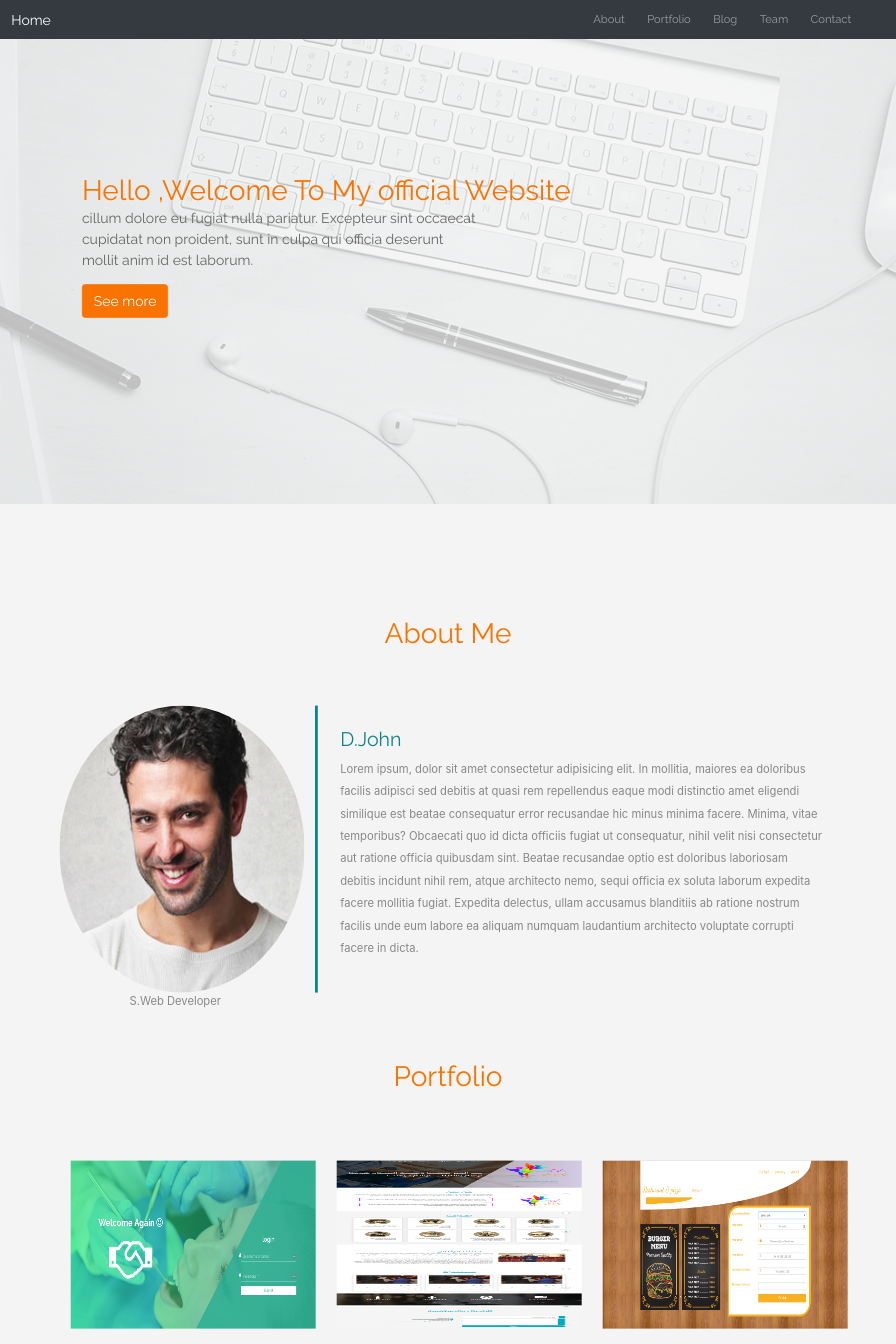
Repository: adrian9211/Bootstrap_website_Ruth
Page: index.html
These files come from the project's save history. The page is drawn as it stood at one moment and after a run of saves; the edit follows.
The browser window is 1280 px wide. The pictures show the part of the page from y = 0 to 1920 px (the page is 4159 px tall), at 70% of full size.
Some web libraries are served in a nearby version.

Above is the page before, as saved 2020-11-25 12:29:40.

### index.html
<!DOCTYPE html>
<html lang="en">
<head>
    <meta charset="UTF-8">
    <meta name="viewport" content="width=device-width, initial-scale=1.0">
    <title>Bootstrap 4 page</title>

    <link rel="stylesheet" href="css/bootstrap.min.css">
    <link rel="stylesheet" href="css/main.css">
</head>
<body>
    <!-- Navbar start -->
    <nav class="navbar navbar-expand-lg navbar-dark bg-dark fixed-top">
        <a class="navbar-brand" href="#">Home</a>
        <button class="navbar-toggler" type="button" data-toggle="collapse" data-target="#navbarSupportedContent" aria-controls="navbarSupportedContent" aria-expanded="false" aria-label="Toggle navigation">
          <span class="navbar-toggler-icon"></span>
        </button>

        <div class="collapse navbar-collapse" id="navbarSupportedContent">
            <ul class="navbar-nav mr-4">
              <li class="nav-item">
                <a class="nav-link"  data-value="about" href="#">About</a>
              </li>
              <li class="nav-item">
                <a class="nav-link" data-value="portfolio" href="#">Portfolio</a>
              </li>
              <li class="nav-item">
                <a class="nav-link" data-value="blog" href="#">Blog</a>
              </li>
              <li class="nav-item">
                <a class="nav-link" data-value="team" href="#">Team</a>
              </li>
              <li class="nav-item">
                <a class="nav-link" data-value="contact" href="#">Contact</a>
              </li>
          </div>
    </nav>
    <!-- Navbar end -->
    <!-- Header section START -->
    <header class="header">
      <div class="overlay"></div>
       <div class="container">
           <div class="description ">
        <h1>
          Hello ,Welcome To My official Website
          <p>
          cillum dolore eu fugiat nulla pariatur. Excepteur sint occaecat cupidatat non
          proident, sunt in culpa qui officia deserunt mollit anim id est laborum.</p>
          <button class="btn btn-outline-secondary btn-lg">See more</button>
        </h1>
      </div>
       </div>

    </header>
    <!-- Header section END -->

    <!-- About section START -->

    <div class="about" id="about">
      <div class="container">
        <h1 class="text-center">About Me</h1>
          <div class="row">
            <div class="col-lg-4 col-md-4 col-sm-12">
              <img src="images/team-3.jpg"  class="img-fluid" alt="photo">
              <span class="text-justify">S.Web Developer</span>
            </div>
            <div class="col-lg-8 col-md-8 col-sm-12 desc">
              <h3>D.John</h3>
              <p>Lorem ipsum, dolor sit amet consectetur adipisicing elit. In mollitia, maiores ea doloribus facilis adipisci sed debitis at quasi rem repellendus eaque modi distinctio amet eligendi similique est beatae consequatur error recusandae hic minus minima facere. Minima, vitae temporibus? Obcaecati quo id dicta officiis fugiat ut consequatur, nihil velit nisi consectetur aut ratione officia quibusdam sint. Beatae recusandae optio est doloribus laboriosam debitis incidunt nihil rem, atque architecto nemo, sequi officia ex soluta laborum expedita facere mollitia fugiat. Expedita delectus, ullam accusamus blanditiis ab ratione nostrum facilis unde eum labore ea aliquam numquam laudantium architecto voluptate corrupti facere in dicta.</p>
            </div>
          </div>
      </div>
    </div>

    <!-- About section END -->

    <!-- Portfolio part START -->
    <div class="portfolio" id="portfolio">
      <h1 class="text-center">Portfolio</h1>
      <div class="container">
        <div class="row">
          <div class="col-lg-4 col-md-4 col-sm-12">
            <img src="images/portfolio/port13.png" alt="port3" class="img-fluid">
        </div>
          <div class="col-lg-4 col-md-4 col-sm-12">
            <img src="images/portfolio/port1.png" alt="port1" class="img-fluid">
        </div>
          <div class="col-lg-4 col-md-4 col-sm-12">
            <img src="images/portfolio/port6.png" alt="port6" class="img-fluid">
        </div>
          <div class="col-lg-4 col-md-4 col-sm-12">
            <img src="images/portfolio/port3.png" alt="port3" class="img-fluid">
        </div>
          <div class="col-lg-4 col-md-4 col-sm-12">
            <img src="images/portfolio/port11.png" alt="port11" class="img-fluid">
        </div>
          <div class="col-lg-4 col-md-4 col-sm-12">
            <img src="images/portfolio/electric.png" alt="electric" class="img-fluid">
        </div>
          <div class="col-lg-4 col-md-4 col-sm-12">
            <img src="images/portfolio/Classic.jpg" alt="classic" class="img-fluid">
        </div>
          <div class="col-lg-4 col-md-4 col-sm-12">
            <img src="images/portfolio/port1.png" alt="port1" class="img-fluid">
        </div>
          <div class="col-lg-4 col-md-4 col-sm-12">
            <img src="images/portfolio/port8.png" alt="port8" class="img-fluid">
        </div>
      </div>
    </div>
    </div>

    <!-- Portfolio part END -->

    <!-- Posts section START -->
    <div class="blog" id="blog">
      <div class="container">
        <h1 class="text-center">Blog</h1>
        <div class="row">
          <div class="col-lg-4 col-md-4 col-sm-12" >
            <div class="card">
              <div class="card-img">
                <img src="images/posts/polit.jpg" alt="polit" class="img-fluid">
              </div>
              <div class="card-body">
                <h4 class="card-title">Post Title</h4>
                <p class="card-text">
                  Lorem ipsum dolor sit amet consectetur adipisicing elit. Fuga, at, mollitia et labore est quo ratione suscipit iste consequatur quos quidem nulla asperiores eveniet repellat odit. Reprehenderit enim vitae ratione ab veniam, temporibus sapiente quasi tenetur voluptatem repellat ea ipsam rerum consectetur unde quia exercitationem tempore debitis laborum qui dolores!
                </p>
              </div>
              <div class="card-footer">
                <a href="" class="card-link"> Read more</a>
              </div>
            </div>
          </div>
          <div class="col-lg-4 col-md-4 col-sm-12">
            <div class="card">
              <div class="card-img">
                <img src="images/posts/images.jpg" alt="images" class="img-fluid">
              </div>
              <div class="card-body">
                <h4 class="card-title">Post Title</h4>
                <p class="card-text">
                  Lorem ipsum dolor sit amet consectetur adipisicing elit. Ex earum ad, labore aperiam magnam maiores quaerat, sapiente a aut mollitia veritatis molestiae reprehenderit pariatur eum cum minima? Nulla, quia. Libero laborum ullam unde beatae error vero iure soluta, itaque sint debitis sequi! Provident, quam facilis vero animi eaque illum dignissimos.
                </p>
              </div>
              <div class="card-footer">
                <a href="" class="card-link">Read more</a>
              </div>
            </div>
          </div>
          <div class="col-lg-4 col-md-4 col-sm-12">
            <div class="card">
              <div class="card-img">
                <img src="images/posts/imag2.jpg" alt="images" class="img-fluid">
              </div>
              <div class="card-body">
                <h4 class="card-title">Post Title</h4>
                <p class="card-text">
                  Lorem ipsum dolor sit amet consectetur adipisicing elit. Ex earum ad, labore aperiam magnam maiores quaerat, sapiente a aut mollitia veritatis molestiae reprehenderit pariatur eum cum minima? Nulla, quia. Libero laborum ullam unde beatae error vero iure soluta, itaque sint debitis sequi! Provident, quam facilis vero animi eaque illum dignissimos.
                </p>
              </div>
              <div class="card-footer">
                <a href="" class="card-link">Read more</a>
              </div>
            </div>
          </div>
        </div>
      </div>
    </div>
    <!-- Posts section END -->

    <!-- Team Section START -->
    <div class="team" id="team">
      <div class="container">
      <h1 class="text-center">Our Team</h1>
        <div class="row">
          <div class="col-lg-3 col-md-3 col-sm-12 item">
            <img src="images/team-2.jpg" alt="team-2" class="img-fluid">
            <div class="des">
              Sara
            </div>
            <span class="text-muted">Manager</span>
          </div>
          <div class="col-lg-3 col-md-3 col-sm-12 item">
            <img src="images/team-3.jpg" alt="team-2" class="img-fluid">
            <div class="des">
              Chris
            </div>
            <span class="text-muted">S.enginnern</span>
          </div>
          <div class="col-lg-3 col-md-3 col-sm-12 item">
            <img src="images/team-2.jpg" alt="team-2" class="img-fluid">
            <div class="des">
              Layla
            </div>
            <span class="text-muted">Front End Developer</span>
          </div>
          <div class="col-lg-3 col-md-3 col-sm-12 item">
            <img src="images/team-3.jpg" alt="team-2" class="img-fluid">
            <div class="des">
              J.Jirard
            </div>
            <span class="text-muted">Team Manager</span>
          </div>
        </div>
      </div>
    </div>
    <!-- Team Section END -->

    <!-- Contact section START -->

    <div class="contact-form" id="contact">
      <div class="container">
        <form>
          <div class="row">
            <div class="col-lg-4 col-md-4 col-sm-12" >
              <h1>Get in Touch</h1>
            </div>
            <div class="col-lg-4 col-md-4 col-sm-12 right">
              <div class="form-group">
                <input type="text" class="form-control form-control-lg" placeholder="Your Name" name="name">
              </div>
              <div class="form-group">
                <input type="text" class="form-control form-control-lg" placeholder="YourEmail@email.com" name="email">
              </div>
              <div class="form-group">
                <textarea class="form-control form-control-lg">

                </textarea>
              </div>
              <input type="submit" class="btn btn-secondary btn-block" value="Send" name="">
            </div>
          </div>
        </form>
      </div>
    </div>

    <!-- Contact section END-->

    <!-- JS files section -->
    <script src="https://cdnjs.cloudflare.com/ajax/libs/popper.js/1.12.9/umd/popper.min.js" integrity="sha384-ApNbgh9B+Y1QKtv3Rn7W3mgPxhU9K/ScQsAP7hUibX39j7fakFPskvXusvfa0b4Q" crossorigin="anonymous"></script>
    <script type="text/javascript" src="js/jquery.min.js"></script>
    <script type="text/javascript" src="js/bootstrap.min.js"></script>
    <script type="text/javascript" src="js/main.js"></script>
</body>
</html>

### css/main.css
@import url('https://fonts.googleapis.com/css?family=Raleway');

body{
	padding: 0;
	margin: 0;
	background:#f4f4f4;
}
html,h1,h2,h3,h4,h5,h6,a{
	font-family: "Raleway";
}
.navbar{
	background:#F97300;
}
.nav-link , .navbar-brand{
	color: #f4f4f4;
	cursor: pointer;
}
.nav-link{
	margin-right: 1em !important;
}
.nav-link:hover{
	background: #f4f4f4;
	color: #f97300;
}
.navbar-collapse{
 justify-content: flex-end;
}
.navbar-toggler{
  background:#fff !important;

}

/*header style*/
.header{
	/* height: 40vh; */
	position: relative;
	background-image: url('../images/headerback.jpg');
	background-size: cover;
	background-position: center;
}
.overlay{
	position: absolute;
	min-height: 100%;
	min-width: 100%;
	left: 0;
	top: 0;
	background: rgba(244, 244, 244, 0.79);
}
.description{
    position: absolute;
    top: 30%;
    margin: auto;
    padding: 2em;

}
.description h1{
	color:#F97300 ;
}
.description p{
	color:#666;
	font-size: 20px;
	width: 50%;
	line-height: 1.5;
}
.description button{
	border:1px  solid #F97300;
	background:#F97300;
	color:#fff;
}
.about{
	margin: 4em 0;
	padding: 1em;
	position: relative;
}
.about h1{
	color:#F97300;
	margin: 2em;
}
.about img{
	height: 100%;
    width: 100%;
    border-radius: 50%
}
.about span{
	display: block;
	color: #888;
	position: absolute;
	left: 115px;
}
.about .desc{
	padding: 2em;
	border-left:4px solid #10828C;
}
.about .desc h3{
	color: #10828C;
}
.about .desc p{
	line-height:2;
	color:#888;
}


/*Portfolio*/
.portfolio{
	margin: 4em 0;
    position: relative;
}
.portfolio h1{
	color:#F97300;
	margin: 2em;
}
.portfolio img{
	 height: 15rem;
	 width: 100%;
	 margin: 1em;
}

/*blog style*/
.blog{
	margin: 4em 0;
	position: relative;
}
.blog h1{
	color:#F97300;
	margin: 2em;
}
.blog .card{
	box-shadow: 0 0 20px #ccc;
}
.blog .card img{
	width: 100%;
	height: 12em;
}
@media and (max-width: 768px){
 .team .item img{
 	width: 100%;
 }
}
.blog .card-title{
	color:#F97300;
}

.blog .card-body{
	padding: 1em;
}
.team{
	margin: 4em 0;
	position: relative;

}
.team h1{
	color:#F97300;
	margin: 2em;
}
.team .item{
	position: relative;
	overflow: hidden;
}
.team .des{
	background: #F97300;
	color: #fff;
	text-align: center;
	border-top-right-radius: 93%;
	transition:.3s ease-in-out;
	position: absolute;
	width: 88%;
	bottom: 24px;


}
.team .item:hover .des{
	height: 100%;
	background:#f973007d;
    position: absolute;
	width: 89%;
	padding: 5em;
	top: 0;
	border-top-right-radius: 0;
}
.contact-form{
	margin: 6em 0;
	position: relative;
}

.contact-form h1{
	padding:2em 1px;
	color: #F97300;
}
.contact-form .right{
	max-width: 600px;
}
.contact-form .right .btn-secondary{
	background:  #F97300;
	color: #fff;
	border:0;
}
.contact-form .right .form-control::placeholder{
	color: #888;
	font-size: 16px;
}

Loaded but not shown: css/bootstrap.min.css (library); js/jquery.min.js (library); js/bootstrap.min.js (library); js/main.js (common file)

After the next 2 saves:
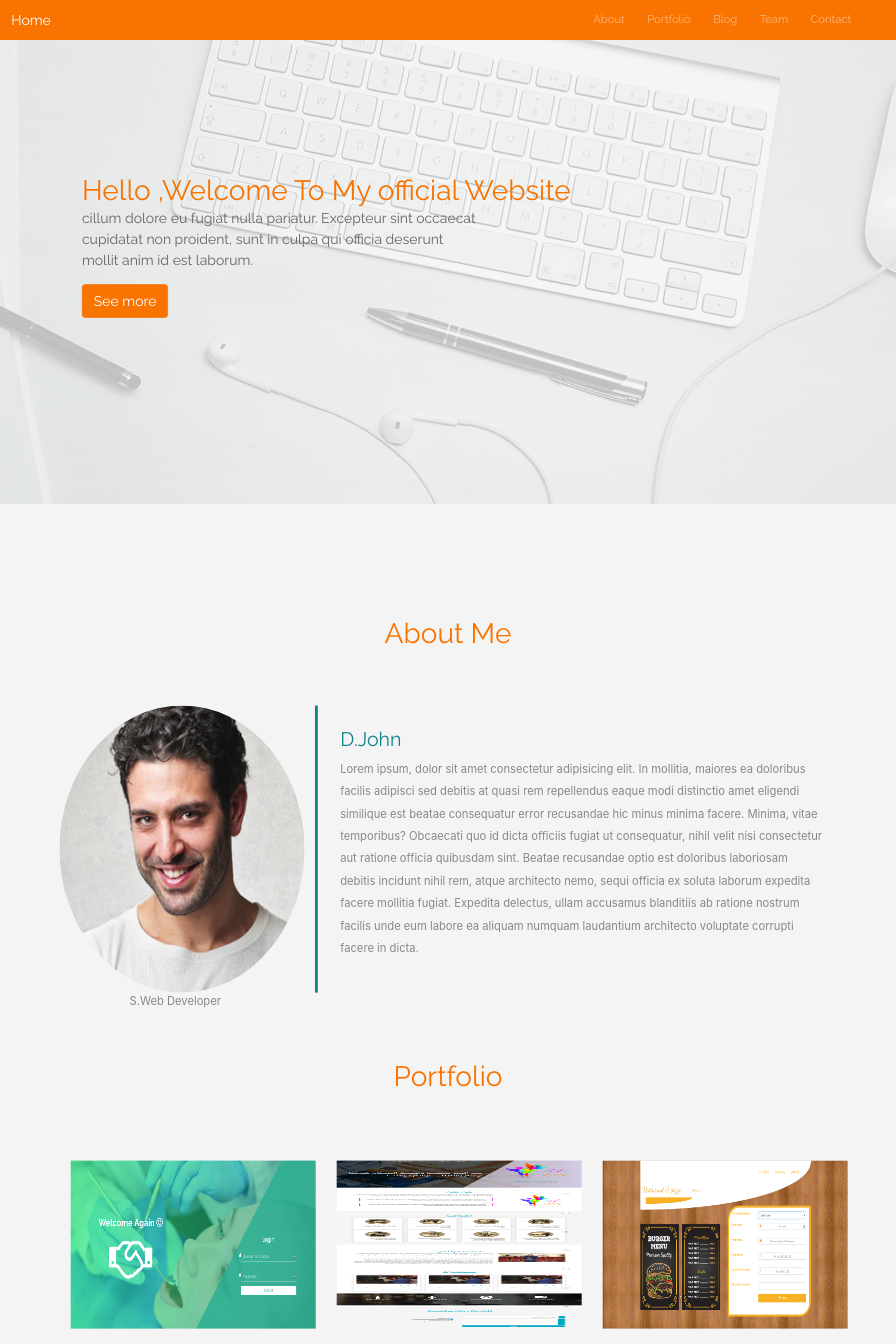
The 2 saves are shown as one change because they came seconds apart.
The last was saved 39 min 34 s later.
--- a/index.html
+++ b/index.html
@@ -10,7 +10,7 @@
 </head>
 <body>
     <!-- Navbar start -->
-    <nav class="navbar navbar-expand-lg navbar-dark bg-dark fixed-top">
+    <nav class="navbar navbar-expand-lg navbar-dark fixed-top">
         <a class="navbar-brand" href="#">Home</a>
         <button class="navbar-toggler" type="button" data-toggle="collapse" data-target="#navbarSupportedContent" aria-controls="navbarSupportedContent" aria-expanded="false" aria-label="Toggle navigation">
           <span class="navbar-toggler-icon"></span>
